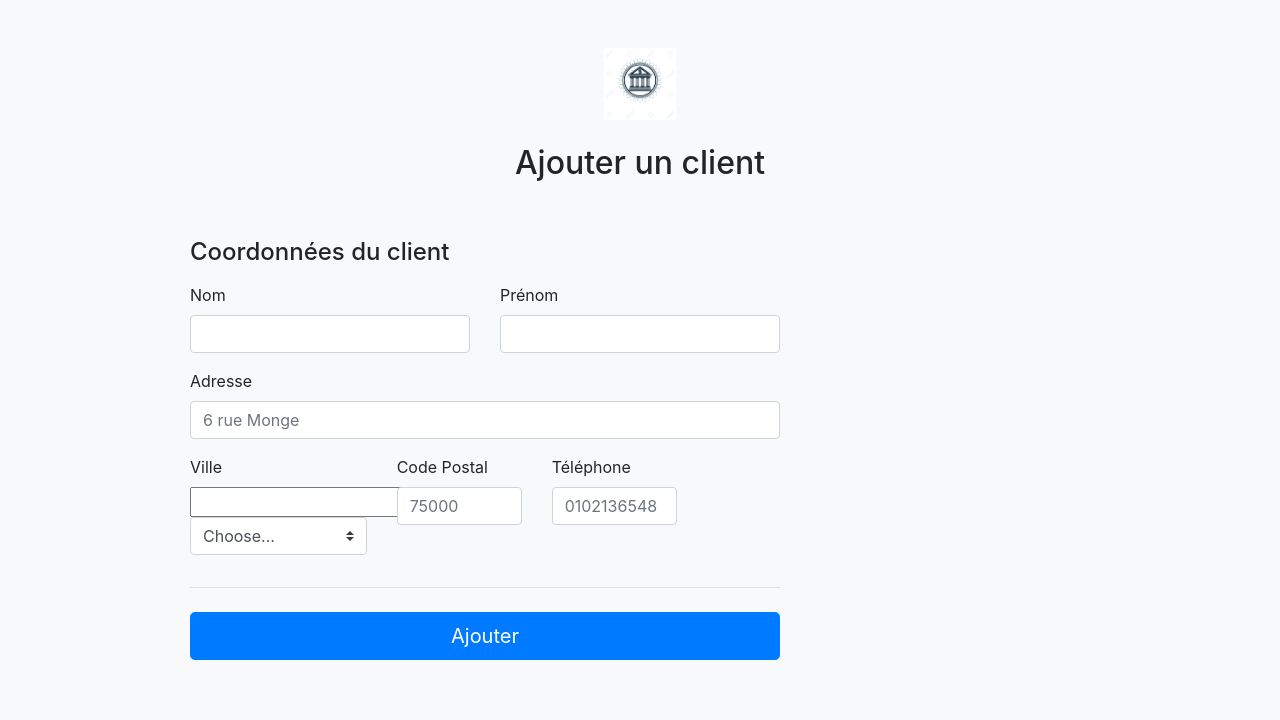
Repository: liiiseee/Projet
Page: http://localhost/02_projet_gestion_clients_compte/ajout-client.jsp
These files come from the project's save history. The page is drawn as it stood at one moment and after the next save; the edit follows.
The browser window is 1280 px wide. The pictures show the whole page.
The page is served by Tomcat 9.

Above is the page before, as saved 2020-04-02 18:19:07.

After the next save:
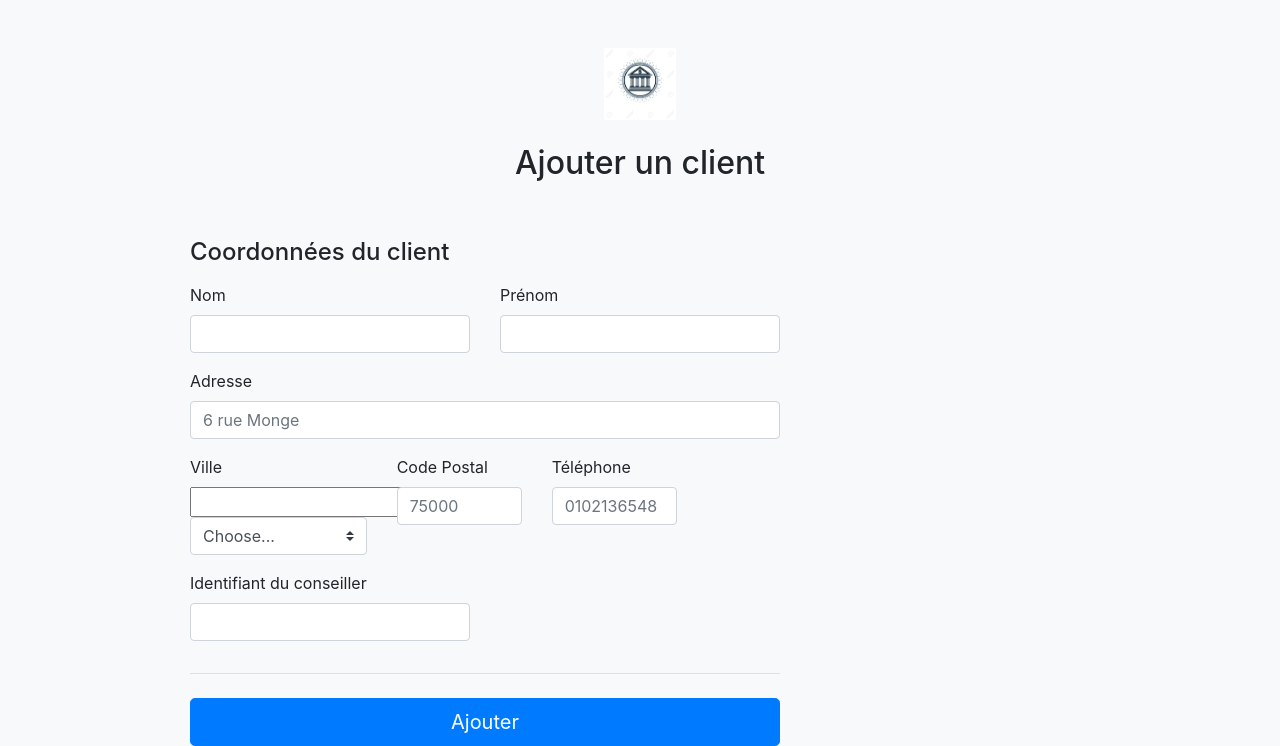
Saved 117 s later.
--- a/02_projet_gestion_clients_compte/WebContent/ajout-client.jsp
+++ b/02_projet_gestion_clients_compte/WebContent/ajout-client.jsp
@@ -102,6 +102,11 @@
             <input type="text" class="form-control" id="" placeholder="0102136548" name="pTelephone"  required>
 
           </div>
+          <div class="col-md-6 mb-3">
+            <label for="lastName">Identifiant du conseiller</label>
+            <input type="text" class="form-control" id="lastName" placeholder="" name="pConseillerID" >
+
+          </div>
 
         </div>
 
